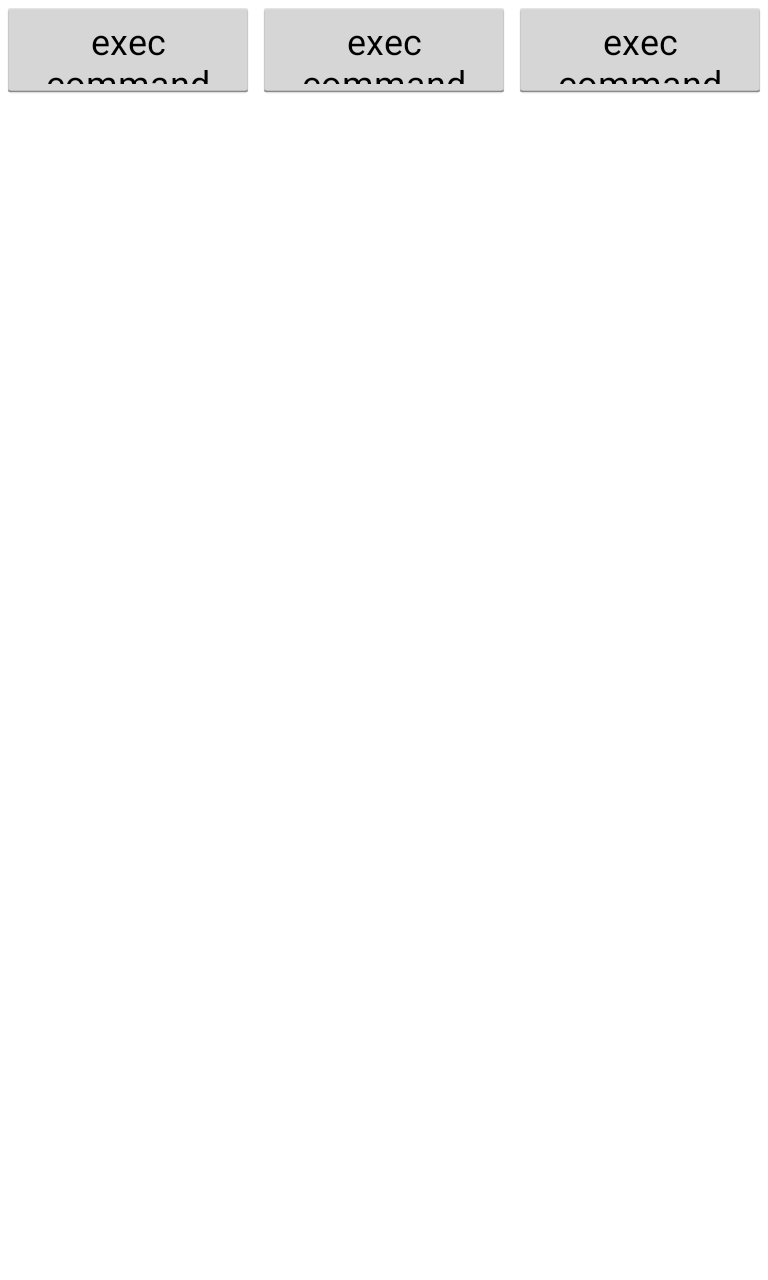
Repository: zzttt/LVM_BackupSol
Layout: TimeTraveler/res/layout/activity_main.xml
The author's editor kept a copy of each file at every save. The layout is drawn from the files as they stood at one save, then again after the next save.
It is drawn on a 768 x 1280 px phone screen (xhdpi) without system bars, with theme AppTheme; the app's code is not run. Lists and similar views that code fills are empty.

Above is the layout before, as saved 2014-07-01 23:28:55.

### TimeTraveler/res/layout/activity_main.xml
<?xml version="1.0" encoding="utf-8"?>
<RelativeLayout xmlns:android="http://schemas.android.com/apk/res/android"
    android:layout_width="fill_parent"
    android:layout_height="fill_parent"
    >

    <LinearLayout
        android:layout_width="fill_parent"
        android:layout_height="50dip"
        android:orientation="horizontal"
        android:id="@+id/title_layout"
        >

        <Button
            android:id="@+id/btn_one"
            android:layout_width="0dip"
            android:layout_weight="1"
            android:layout_height="50dip"
            android:text="exec command" />

        <Button
            android:id="@+id/btn_two"
            android:layout_width="0dip"
            android:layout_weight="1"
            android:layout_height="50dip"
            android:text="exec command" />

        <Button
            android:id="@+id/btn_three"
            android:layout_width="0dip"
            android:layout_weight="1"
            android:layout_height="50dip"
            android:text="exec command" />
    </LinearLayout>

	<android.support.v4.view.ViewPager
	    android:id="@+id/pager"
	    android:layout_width="match_parent"
	    android:layout_height="match_parent"
        android:layout_above="@+id/bottom"
	 	android:layout_below="@+id/title_layout"
	    >



	</android.support.v4.view.ViewPager>
</RelativeLayout>

Loaded but not shown: TimeTraveler/res/values/styles.xml (common file); TimeTraveler/res/values-v11/styles.xml (common file); TimeTraveler/res/values-v14/styles.xml (common file)

After the next save:
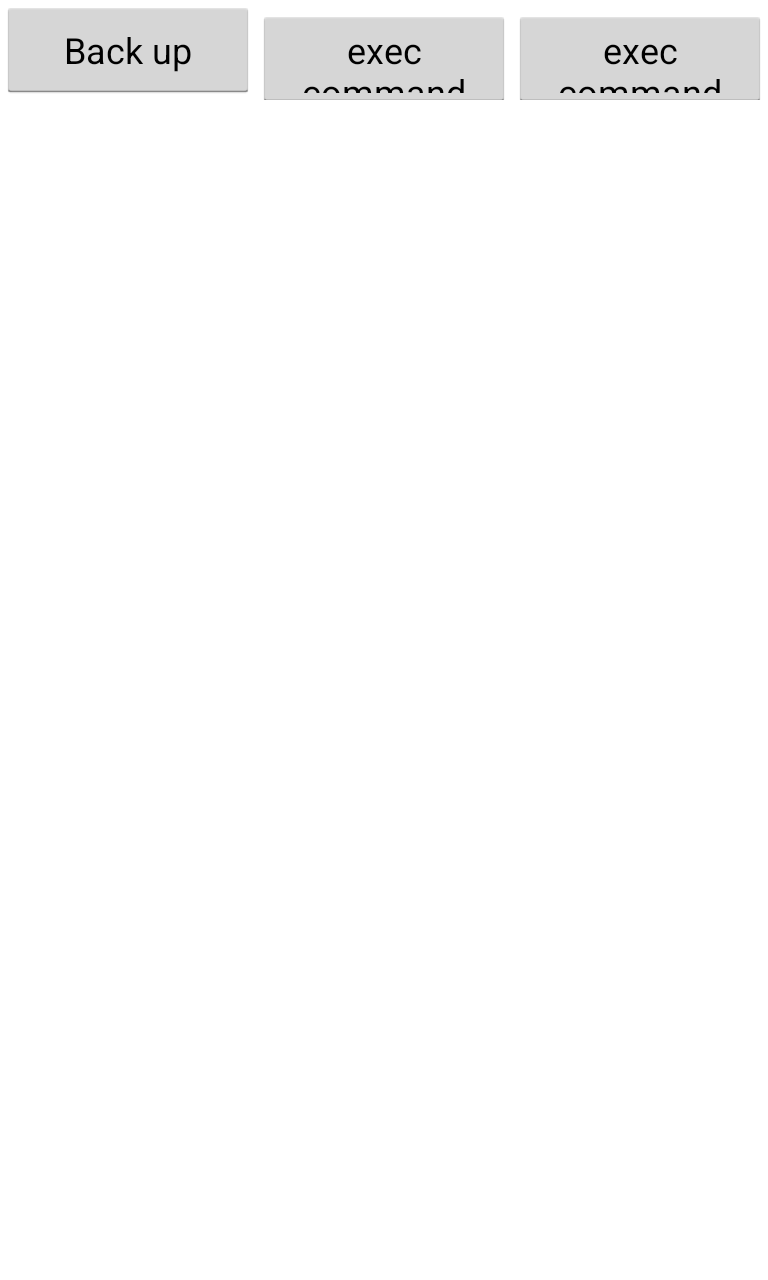
Saved 56 s later.
--- a/TimeTraveler/res/layout/activity_main.xml
+++ b/TimeTraveler/res/layout/activity_main.xml
@@ -16,7 +16,7 @@
             android:layout_width="0dip"
             android:layout_weight="1"
             android:layout_height="50dip"
-            android:text="exec command" />
+            android:text="Back up" />
 
         <Button
             android:id="@+id/btn_two"
